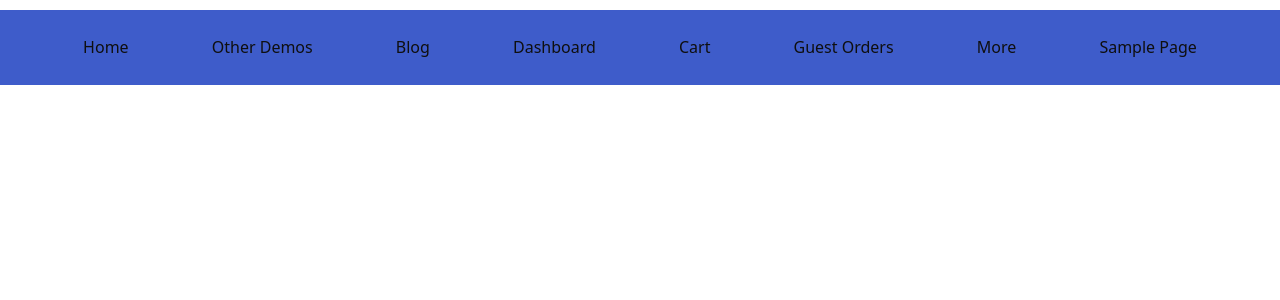
Repository: lannguyen1301/f8-zoom-day-4
Page: menu.html
The author's editor kept a copy of each file at every save. The page is drawn from the files as they stood at one save, then again after a run of saves.
The browser window is 1280 px wide. The pictures show the whole page.

Above is the page before, as saved 2025-04-18 01:31:21.

### menu.html
<!DOCTYPE html>
<html lang="en">

<head>
    <meta charset="UTF-8">
    <meta name="viewport" content="width=device-width, initial-scale=1.0">
    <title>Menu</title>
    <link rel="stylesheet" href="./assets/css/reset.css">
    <link rel="stylesheet" href="./assets/css/navbar-style.css">
</head>

<body>
    <nav class="navbar">
        <ul class="navbar-list">
            <li class="navbar-item">
                <a href="!#" class="nabr-link">Home</a>
            </li>
            <li class="navbar-item">
                <a href="!#" class="nabr-link">Other Demos</a>
            </li>
            <li class="navbar-item">
                <a href="!#" class="nabr-link">Blog</a>
            </li>
            <li class="navbar-item">
                <a href="!#" class="nabr-link">Dashboard</a>
            </li>
            <li class="navbar-item">
                <a href="!#" class="nabr-link">Cart</a>
            </li>
            <li class="navbar-item">
                <a href="!#" class="nabr-link">Guest Orders</a>
            </li>
            <li class="navbar-item">
                <a href="!#" class="nabr-link">More</a>
            </li>
            <li class="navbar-item">
                <a href="!#" class="nabr-link">Sample Page</a>
            </li>
        </ul>
    </nav>
</body>

</html>

### assets/css/navbar-style.css
* {
    box-sizing: border-box;
}

body {
    margin: 0 auto;
    /* padding-top: 10px; */
    font-size: 16px;
    font-family: system-ui, "Segoe UI", Roboto, Helvetica, Arial, sans-serif,
        "Apple Color Emoji", "Segoe UI Emoji", "Segoe UI Symbol";
    background-color: #ffffff;
}

a {
    text-decoration: none;
}

nav {
    margin-top: 10px;
    /* padding-top: 10px; */
    height: 75px;
    background-color: #3e5cca;
}

ul.navbar-list {
    display: flex;
    align-items: center;
    justify-content: space-evenly;
}

.navbar-item {
    /* height: 75px; */
}

.nabr-link {
    line-height: 75px;
    color: #0f0f0f;
}

Loaded but not shown: assets/css/reset.css (common file)

After the next 4 saves:
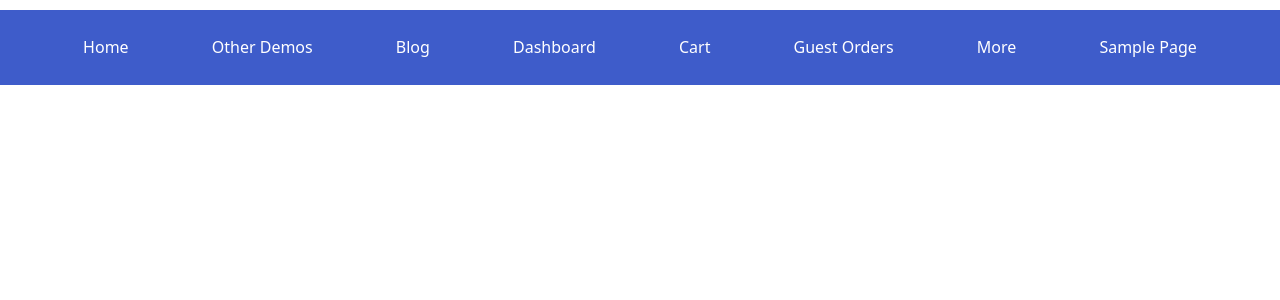
The 4 saves are shown as one change because they came seconds apart.
The last was saved 16 s later.
--- a/assets/css/navbar-style.css
+++ b/assets/css/navbar-style.css
@@ -34,5 +34,6 @@
 
 .nabr-link {
     line-height: 75px;
-    color: #0f0f0f;
+    /* color: #0f0f0f; */
+    color: #fff;
 }
